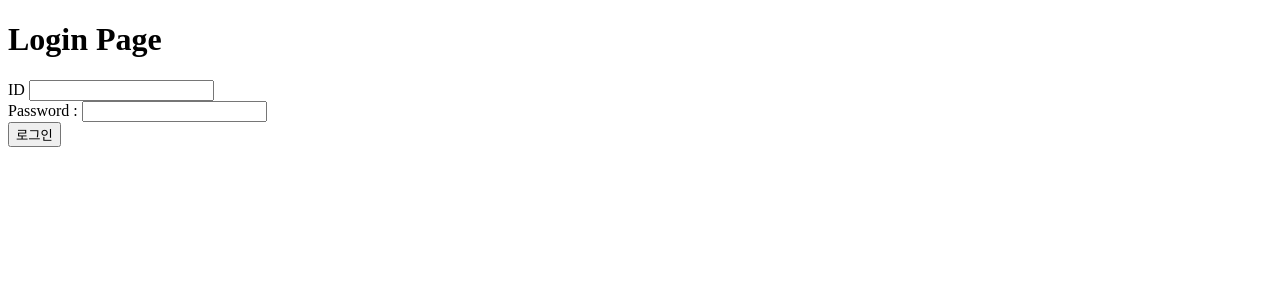
Repository: doridori890130/JSP
Page: http://localhost/jsp_project/mem/login
The author's editor kept a copy of each file at every save. The page is drawn from the files as they stood at one save, then again after the next save.
The browser window is 1280 px wide. The pictures show the whole page.
The page is served by Tomcat 9. Other server files are loaded and not shown.

Above is the page before, as saved 2023-06-01 03:50:42.

### jsp_project4/jsp_project/src/main/webapp/member/login.jsp
<%@ page language="java" contentType="text/html; charset=UTF-8"
    pageEncoding="UTF-8"%>
<!DOCTYPE html>
<html>
<head>
<meta charset="UTF-8">
<title>Insert title here</title>
</head>
<body>
	<h1>Login Page</h1>
	<form action="/mem/login_auth" method="post" >
	<div class="mb-3">
  <label for="exampleFormControlInput1" class="form-label">ID</label>
		 <input type="text" name="id" > <br>
  </div>

		Password : <input type="password" name="password" > <br>
		<button type="submit" >로그인</button>
	</form>
</body>
</html>

### jsp_project4/jsp_project/src/main/java/Controller/MemberController.java
package Controller;

import java.io.IOException;
import java.util.List;

import javax.servlet.RequestDispatcher;
import javax.servlet.ServletException;
import javax.servlet.annotation.WebServlet;
import javax.servlet.http.HttpServlet;
import javax.servlet.http.HttpServletRequest;
import javax.servlet.http.HttpServletResponse;
import javax.servlet.http.HttpSession;

import org.slf4j.Logger;
import org.slf4j.LoggerFactory;

import domain.MemberVO;
import service.MemberService;
import service.MemberServiceImpl;

/**
 * Servlet implementation class MemberController
 */
@WebServlet("/mem/*")
public class MemberController extends HttpServlet {
	private static final long serialVersionUID = 1L;
	private static Logger log = LoggerFactory.getLogger(MemberController.class);
	private RequestDispatcher rdp; // 웹의 목적지 주소로 객체를 전달해주는 객체
    private String destpage;
    private int isOk;
    private MemberService msv;

    public MemberController() {
        msv = new MemberServiceImpl();
    }


	protected void service(HttpServletRequest request, HttpServletResponse response) throws ServletException, IOException {
		//characterENcoding 설정
		request.setCharacterEncoding("utf-8");
		response.setCharacterEncoding("utf-8");
		response.setContentType("text/html; charset=utf-8");

		String uri = request.getRequestURI();
		log.info(">>> uri : "+uri);
		String path = uri.substring(uri.lastIndexOf("/")+1);
		log.info(">>> path : "+path);

		switch(path) {
		case "join":
			destpage="/member/join.jsp";
			break;
		case "register":
			try {
				String id = request.getParameter("id");
				String password = request.getParameter("password");
				String email = request.getParameter("email");
				int age = Integer.parseInt(request.getParameter("age"));
				MemberVO mvo = new MemberVO(id,password,email,age);
				isOk = msv.register(mvo);
			} catch (Exception e) {
				e.printStackTrace();
			}
			break;
		case "login":
			destpage="/member/login.jsp";
			break;
		case "login_auth":
			try {
				String id = request.getParameter("id");
				String password = request.getParameter("password");
				MemberVO mvo= new MemberVO(id,password);
				MemberVO loginMvo = msv.login(mvo);
				if(loginMvo != null) {
					HttpSession ses = request.getSession();
					ses.setAttribute("ses", loginMvo);
					ses.setMaxInactiveInterval(10*60);
				}else {
					request.setAttribute("msg_login", 0);
				}
				destpage="/";
			} catch (Exception e) {
				e.printStackTrace();
			}
			break;
		case "logout":
			try {
				HttpSession ses = request.getSession();
				MemberVO mvo = (MemberVO )ses.getAttribute("ses");
				String id = mvo.getId();
				isOk = msv.lastlogin(id);
				ses.invalidate();

			} catch (Exception e) {
				e.printStackTrace();
			}
			destpage="/";
			break;
		case "modify":
			destpage="/member/modify.jsp";
			break;
		case "edit" :
			try {
				MemberVO mvo = new MemberVO(
						request.getParameter("id"),
						request.getParameter("password"),
						request.getParameter("email"),
						Integer.parseInt(request.getParameter("age")),
						request.getParameter("reg_date"),
						request.getParameter("last_login"));
				isOk=msv.modify(mvo);
				if(isOk>0) {
					request.setAttribute("mvo", mvo);
					HttpSession ses = request.getSession();
					ses.setAttribute("ses", mvo);
				}
				destpage="/";
			} catch (Exception e) {
				e.printStackTrace();
			}
			break;
		case "list" :
			try {
				List<MemberVO> list = msv.getList();
				request.setAttribute("list", list);
				destpage="/member/list.jsp";
			} catch (Exception e) {
				e.printStackTrace();
			}
			break;
		case "remove":
			try {
				HttpSession ses = request.getSession();
				MemberVO reMvo = (MemberVO)ses.getAttribute("ses");
				String delId= reMvo.getId();
				isOk = msv.remove(delId);
				ses.invalidate();
				destpage="/";
			} catch (Exception e) {
				e.printStackTrace();
			}
			break;
		}


		rdp = request.getRequestDispatcher(destpage);
		rdp.forward(request, response);
	}


	protected void doGet(HttpServletRequest request, HttpServletResponse response) throws ServletException, IOException {
		service(request,response);
	}


	protected void doPost(HttpServletRequest request, HttpServletResponse response) throws ServletException, IOException {
		service(request,response);
	}

}

### jsp_project4/jsp_project/src/main/java/service/MemberServiceImpl.java
package service;

import java.util.List;

import org.slf4j.Logger;
import org.slf4j.LoggerFactory;

import domain.MemberVO;
import repository.MemberDAO;
import repository.MemberDAOImpl;

public class MemberServiceImpl implements MemberService {
	private static Logger log = LoggerFactory.getLogger(MemberServiceImpl.class);
	private MemberDAO mdao;

	public MemberServiceImpl() {
		mdao= new MemberDAOImpl();
	}

	@Override
	public int register(MemberVO mvo) {
		log.info(">>register service");
		return mdao.register(mvo);
	}

	@Override
	public MemberVO login(MemberVO mvo) {
		log.info(">>login service");
		return mdao.login(mvo);
	}

	@Override
	public int lastlogin(String id) {
		log.info(">>lastlogin service");
		return mdao.lastlogin(id);
	}

	@Override
	public int modify(MemberVO mvo) {
		log.info(">>lastlogin service");
		return mdao.modify(mvo);
	}

	@Override
	public List<MemberVO> getList() {
		log.info(">>lastlogin service");
		return mdao.list();
	}

	@Override
	public int remove(String delId) {
		log.info(">>lastlogin service");
		return mdao.remove(delId);
	}
}

### jsp_project4/jsp_project/src/main/java/repository/MemberDAO.java
package repository;

import java.util.List;

import domain.MemberVO;

public interface MemberDAO {

	int register(MemberVO mvo);

	MemberVO login(MemberVO mvo);

	int lastlogin(String id);

	int modify(MemberVO mvo);

	List<MemberVO> list();

	int remove(String delId);

}

### jsp_project4/jsp_project/src/main/java/repository/MemberDAOImpl.java
package repository;

import java.util.List;

import org.apache.ibatis.session.SqlSession;
import org.slf4j.Logger;
import org.slf4j.LoggerFactory;

import domain.MemberVO;
import orm.DatabaseBuilder;



public class MemberDAOImpl implements MemberDAO {
	private static Logger log = LoggerFactory.getLogger(MemberDAOImpl.class);
	private SqlSession sql;
	private String NS = "MemberMapper.";

	public MemberDAOImpl() {
		new DatabaseBuilder();
		sql= DatabaseBuilder.getFactory().openSession();
	}

	@Override
	public int register(MemberVO mvo) {
		int isOk=sql.insert(NS+"register",mvo);
		if(isOk>0) {
			sql.commit();
		}
		return isOk;
	}

	@Override
	public MemberVO login(MemberVO mvo) {

		return sql.selectOne(NS+"login",mvo);
	}

	@Override
	public int lastlogin(String id) {
		int isOk=sql.update(NS+"lastlogin",id);
		if(isOk>0) {
			sql.commit();
		}
		return isOk;
	}

	@Override
	public int modify(MemberVO mvo) {
		int isOk=sql.update(NS+"modify",mvo);
		if(isOk>0) {
			sql.commit();
		}
		return isOk;
	}

	@Override
	public List<MemberVO> list() {

		return sql.selectList(NS+"list");
	}

	@Override
	public int remove(String delId) {
		int isOk=sql.delete(NS+"del",delId);
		if(isOk>0) {
			sql.commit();
		}
		return isOk;
	}
}

### jsp_project4/jsp_project/src/main/java/orm/DatabaseBuilder.java
package orm;


import java.io.IOException;
import org.apache.ibatis.io.Resources;
import org.apache.ibatis.session.SqlSessionFactory;
import org.apache.ibatis.session.SqlSessionFactoryBuilder;
import org.slf4j.Logger;
import org.slf4j.LoggerFactory;

public class DatabaseBuilder {
	private static Logger log = LoggerFactory.getLogger(DatabaseBuilder.class);
	private static SqlSessionFactory factory;
	private static final String config = "orm/MybatisConfig.xml";

	static {
		try {
			factory = new SqlSessionFactoryBuilder().build(Resources.getResourceAsReader(config));

		} catch (IOException e) {
			log.info("Mybatis 설정오류");
			e.printStackTrace();
		}
	}
	public static SqlSessionFactory getFactory() {
		return factory;
	}
}

### jsp_project4/jsp_project/src/main/java/domain/MemberVO.java
package domain;

public class MemberVO {
//	create table meminfo(
//			mno int auto_increment,
//			id varchar(100),
//			password varchar(100),
//			email varchar(100),
//			age int,
//			reg_date datetime default now(),
//			last_login datetime default null,
//			primary key(mno));
	private int mno;
	private String id;
	private String password;
	private String email;
	private int age;
	private String reg_date;
	private String last_login;

	public MemberVO() {}
	//resister (id, passwor, email, age)
	public MemberVO(String id ,String password, String email, int age) {
		this.id=id;
		this.password=password;
		this.email=email;
		this.age=age;
	}

	// login
	public MemberVO(String id, String password) {
		this.id=id;
		this.password=password;
	}

	//list(id, email, age, reg_date, last_login)
	public MemberVO(String id, String email,int age,String reg_date , String last_login) {
		this.id=id;
		this.email=email;
		this.age=age;
		this.reg_date=reg_date;
		this.last_login=last_login;
	}
	//modify (password, age, email)
	public MemberVO(String password, int age, String email) {
		this.password=password;
		this.age=age;
		this.email=email;
	}
	public MemberVO(String id, String password, String email, int age, String reg_date, String last_login) {

		this.id = id;
		this.password = password;
		this.email = email;
		this.age = age;
		this.reg_date = reg_date;
		this.last_login = last_login;
	}
	public int getMno() {
		return mno;
	}
	public void setMno(int mno) {
		this.mno = mno;
	}
	public String getId() {
		return id;
	}
	public void setId(String id) {
		this.id = id;
	}
	public String getPassword() {
		return password;
	}
	public void setPassword(String password) {
		this.password = password;
	}
	public String getEmail() {
		return email;
	}
	public void setEmail(String email) {
		this.email = email;
	}
	public int getAge() {
		return age;
	}
	public void setAge(int age) {
		this.age = age;
	}
	public String getReg_date() {
		return reg_date;
	}
	public void setReg_date(String reg_date) {
		this.reg_date = reg_date;
	}
	public String getLast_login() {
		return last_login;
	}
	public void setLast_login(String last_login) {
		this.last_login = last_login;
	}
	@Override
	public String toString() {
		return "MemberVo [mno=" + mno + ", id=" + id + ", password=" + password + ", email=" + email + ", age=" + age
				+ ", reg_date=" + reg_date + ", last_login=" + last_login + "]";
	}

}

### jsp_project4/jsp_project/src/main/java/domain/BoardVO.java
package domain;

public class BoardVO {
	private int bno;
	private String title;
	private String writer;
	private String content;
	private String reg_date;
	private int read_count;
	private String image_file;

	public BoardVO() {}

	//register(title, writer, content)
	public BoardVO(String title, String writer, String content) {
		this.title = title;
		this.writer = writer;
		this.content = content;
	}
	//list(bno, title, writer, reg_date)
	public BoardVO(int bno, String title, String writer,
			String reg_date, int read_count) {
		this.bno = bno;
		this.title = title;
		this.writer = writer;
		this.reg_date = reg_date;
		this.read_count = read_count;
	}
	//detail(all)
	public BoardVO(int bno, String title, String writer, String content, String reg_date, int read_count, String image_file) {
		this.bno = bno;
		this.title = title;
		this.writer = writer;
		this.content = content;
		this.reg_date = reg_date;
		this.read_count = read_count;
		this.image_file = image_file;
	}

	//update(bno, title, content)
	public BoardVO(int bno, String title, String content) {
		this.bno = bno;
		this.title =title;
		this.content=content;
	}

	//getter/setter
	public int getBno() {
		return bno;
	}

	public void setBno(int bno) {
		this.bno = bno;
	}

	public String getTitle() {
		return title;
	}

	public int getRead_count() {
		return read_count;
	}

	public void setRead_count(int read_count) {
		this.read_count = read_count;
	}

	public void setTitle(String title) {
		this.title = title;
	}

	public String getWriter() {
		return writer;
	}

	public void setWriter(String writer) {
		this.writer = writer;
	}

	public String getContent() {
		return content;
	}

	public void setContent(String content) {
		this.content = content;
	}

	public String getReg_date() {
		return reg_date;
	}

	public void setReg_date(String reg_date) {
		this.reg_date = reg_date;
	}


	public String getImage_file() {
		return image_file;
	}

	public void setImage_file(String image_file) {
		this.image_file = image_file;
	}

	@Override
	public String toString() {
		return "BoardVO [bno=" + bno + ", title=" + title + ", writer=" + writer + ", content=" + content
				+ ", reg_date=" + reg_date + ", read_count=" + read_count + "]";
	}




}

### jsp_project4/jsp_project/src/main/java/domain/CommentVO.java
package domain;

public class CommentVO {
	private int cno;
	private int bno;
	private String writer;
	private String content;
	private String reg_date;

	public CommentVO() {}

	//post(bno, writer, content)
	public CommentVO(int bno, String writer, String content) {
	this.bno=bno;
	this.writer=writer;
	this.content=content;
	}
	//(writer, content, cno)
	public CommentVO(String writer, String content, int cno) {
	this.writer = writer;
	this.content = content;
	this.cno = cno;
	}
	//modify(cno, content)
	public CommentVO(int cno, String content) {
		this.cno = cno;
		this.content = content;
	}
	//list(bno, cno, writer, content, reg_date)
	public CommentVO(int bno, int cno, String writer, String content,
			String reg_date) {
		this(bno, writer, content);
		this.cno=cno;
		this.reg_date=reg_date;
	}

	public int getCno() {
		return cno;
	}

	public void setCno(int cno) {
		this.cno = cno;
	}

	public int getBno() {
		return bno;
	}

	public void setBno(int bno) {
		this.bno = bno;
	}

	public String getWriter() {
		return writer;
	}

	public void setWriter(String writer) {
		this.writer = writer;
	}

	public String getContent() {
		return content;
	}

	public void setContent(String content) {
		this.content = content;
	}

	public String getReg_date() {
		return reg_date;
	}

	public void setReg_date(String reg_date) {
		this.reg_date = reg_date;
	}

	@Override
	public String toString() {
		return "CommentVO [cno=" + cno + ", bno=" + bno + ", writer=" + writer + ", content=" + content + ", reg_date="
				+ reg_date + "]";
	}
}

### jsp_project4/jsp_project/src/main/java/domain/PagingVO.java
package domain;

public class PagingVO {
	private int pageNo;
	private int qty;

	private String type;
	private String keyword;

	public PagingVO() {
		this(1,10);
	}
	public PagingVO(int pageNo, int qty) {
		this.pageNo=pageNo;
		this.qty=qty;
	}

	public int getPageStart() {
		return (this.pageNo-1)*10;
	}

	public String[] gettypeToArray() {
		return this.type == null ? new String[] {} : this.type.split("");
	}
	public int getPageNo() {
		return pageNo;
	}
	public void setPageNo(int pageNo) {
		this.pageNo = pageNo;
	}
	public int getQty() {
		return qty;
	}
	public void setQty(int qty) {
		this.qty = qty;
	}
	public String getType() {
		return type;
	}
	public void setType(String type) {
		this.type = type;
	}
	public String getKeyword() {
		return keyword;
	}
	public void setKeyword(String keyword) {
		this.keyword = keyword;
	}
	@Override
	public String toString() {
		return "PagingVO [pageNo=" + pageNo + ", qty=" + qty + ", type=" + type + ", keyword=" + keyword + "]";
	}

}

After the next save:
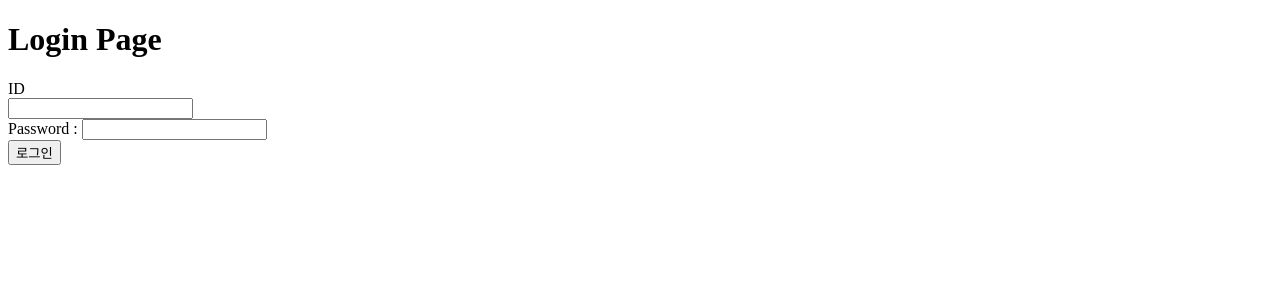
Saved 38 s later.
--- a/jsp_project4/jsp_project/src/main/webapp/member/login.jsp
+++ b/jsp_project4/jsp_project/src/main/webapp/member/login.jsp
@@ -10,7 +10,7 @@
 	<h1>Login Page</h1>
 	<form action="/mem/login_auth" method="post" >
 	<div class="mb-3">
-  <label for="exampleFormControlInput1" class="form-label">ID</label>
+  <label for="exampleFormControlInput1" class="form-label">ID</label> <br>
 		 <input type="text" name="id" > <br>
   </div>
 
